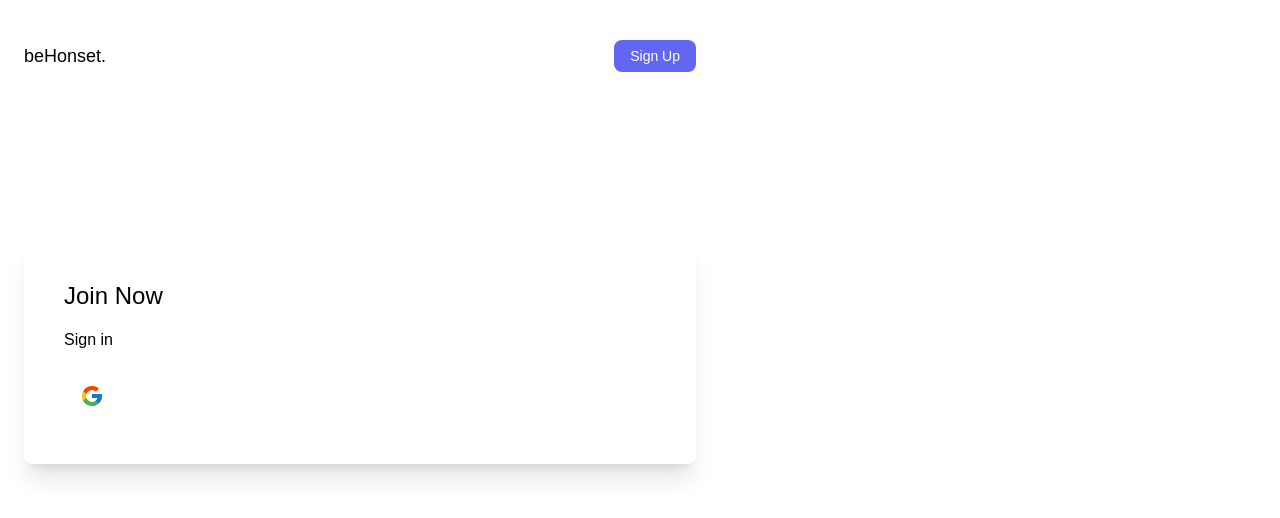
Repository: aidenfine/be-honset
Page: /login
These files come from the project's save history. The page is drawn as it stood at one moment and after a run of saves; the edit follows.
The browser window is 1280 px wide. The pictures show the whole page.
The project was rebuilt for these pictures with package versions that can differ from the ones it lists, and the page was loaded fresh each time. The framework's server and built-in components were replaced by stand-ins that run in the browser. Also part of the build but not shown: next.config.js.

Above is the page before, as saved 2022-10-26 18:47:14.

### pages/_app.js
import '../styles/globals.css'
import Layout from '../components/layout'

function MyApp({ Component, pageProps }) {
  return(
    <Layout>
      <Component {...pageProps} />
    </Layout>

  )
}

export default MyApp

### pages/login.js
import { FcGoogle } from "react-icons/fc"
export default function Login(){
    return(
        <div className="shadow-xl mt-32 p-10 text-black rounded-lg bg-white">
            <h2 className="text-2xl font-medium">Join Now</h2>
            <div>
                <h3 className="py-4">Sign in</h3>
                <button className="text-white bg-grey w-full font font-medium rounded-lg flex align-middle p-4">
                    <FcGoogle className="text-2xl"/>
                    Sign in Google
                    </button>
            </div>
        </div>

    )
}

### styles/globals.css
@tailwind base;
@tailwind components;
@tailwind utilities;


* {
  font-family: 'Montserrat', sans-serif;

}

### components/layout.js
import Nav from "./Nav";

export default function Layout({ children }){
    return(
        <div className="mx-6 md:max-w-2xl md-mx-auto font-montserrat">
            <Nav />
            <main>{children}</main>
        </div>
    )
}

### components/Nav.js
import Link from "next/link"

export default function Nav(){

    return(
        <nav className="flex justify-between items-center py-10">
            <Link href="/">
            <button className="text-lg font-medium text-black opacity-87" >beHonset.</button>
            </Link>
            <ul className="flex items-center gap-10">
                <Link href={"/login"} className="py-1.5 px-4 text-sm bg-indigo-500 text-white opacity-87 rounded-lg font-medium ml-8">Sign Up</Link>
            </ul>

        </nav>
    )
}

### tailwind.config.js
/** @type {import('tailwindcss').Config} */
module.exports = {
  content: [
    "./pages/**/*.{js,ts,jsx,tsx}",
    "./components/**/*.{js,ts,jsx,tsx}",
  ],
  darkMode: 'class',
  theme: {
    extend: {
      fontFamily: {
        montserrat: 'Montserrat',
      }
    },
  },
  plugins: [],
}

After the next 2 saves:
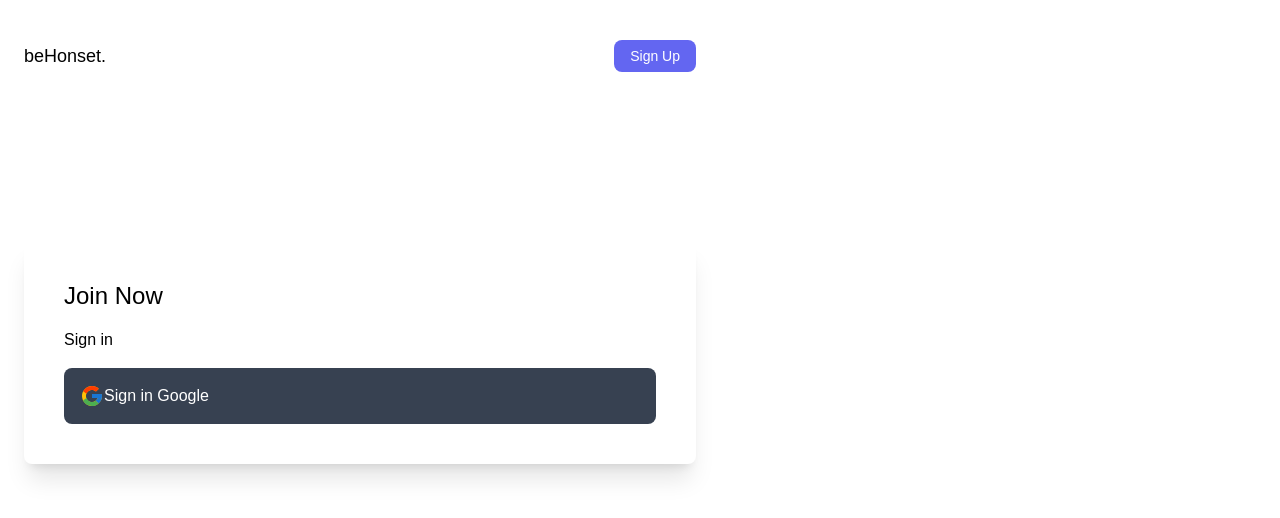
The 2 saves are shown as one change because they came seconds apart.
The last was saved 7 s later.
--- a/pages/login.js
+++ b/pages/login.js
@@ -5,7 +5,7 @@
             <h2 className="text-2xl font-medium">Join Now</h2>
             <div>
                 <h3 className="py-4">Sign in</h3>
-                <button className="text-white bg-grey w-full font font-medium rounded-lg flex align-middle p-4">
+                <button className="text-white bg-gray-700 w-full font font-medium rounded-lg flex align-middle p-4">
                     <FcGoogle className="text-2xl"/>
                     Sign in Google
                     </button>
